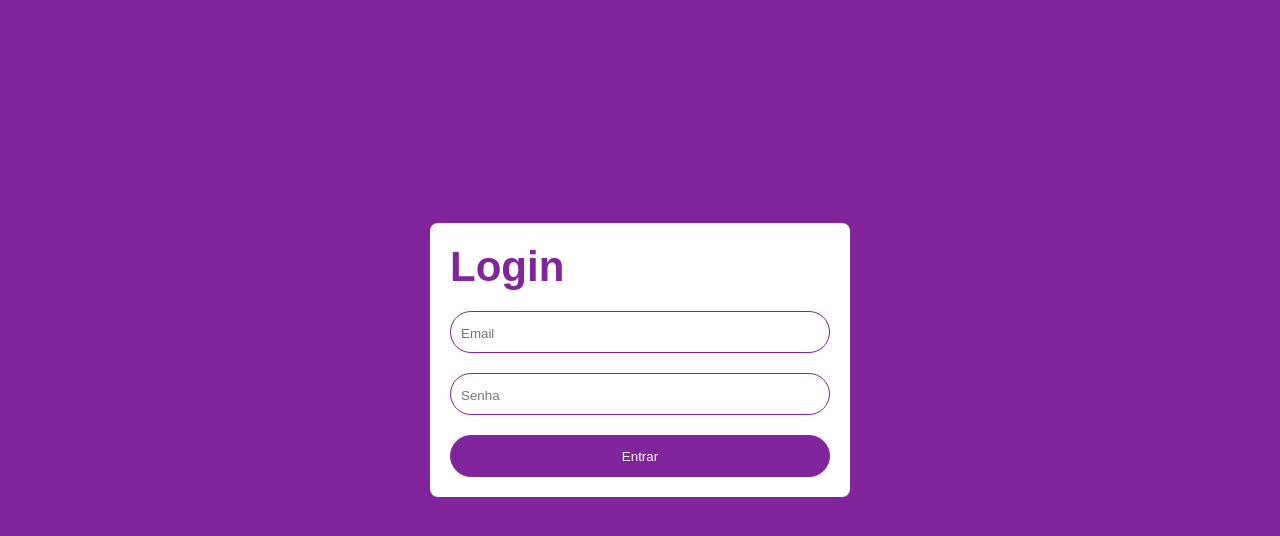
Repository: VictorRB-PB/validacao-com-hookform-e-yup
Page: /
An editor plug-in stored every save of this project. The page is shown before and after the next save, followed by the edit.
The browser window is 1280 px wide. The pictures show the whole page.
The project was rebuilt for these pictures with package versions that can differ from the ones it lists, and the page was loaded fresh each time.

Above is the page before, as saved 2024-01-11 11:12:33.

After the next save:
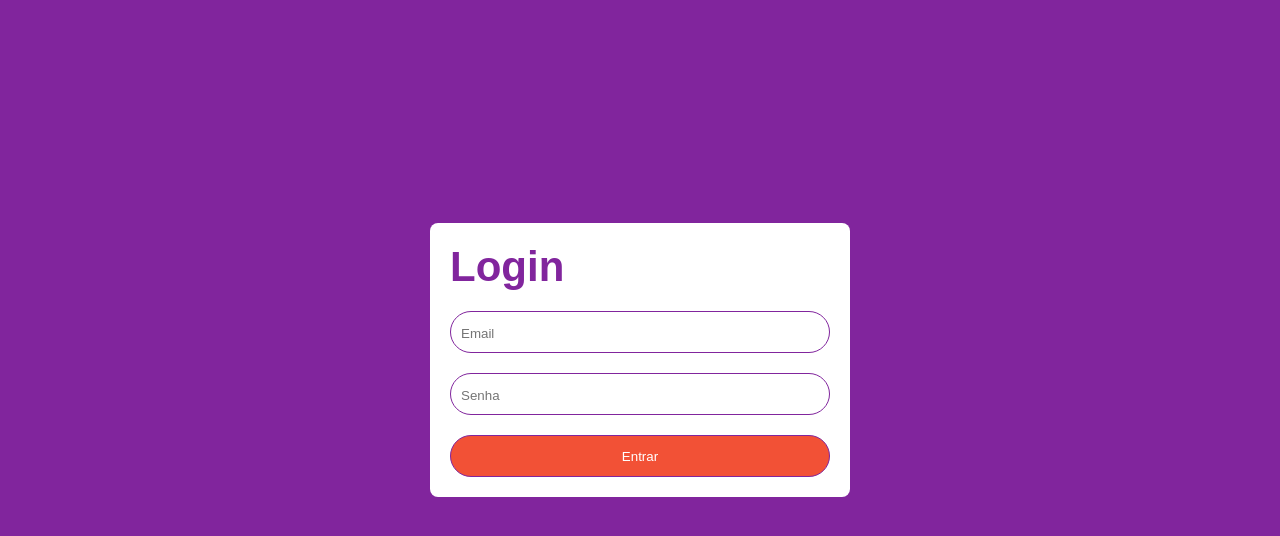
Saved 50 s later.
--- a/src/components/Button/styles.ts
+++ b/src/components/Button/styles.ts
@@ -11,7 +11,6 @@ export const ButtonContainer = styled.button`
     border-radius: 21px;
 
     &:disabled {
-        background: #F25136
         background-color: #F25136;
         cursor: default;
     }.invalid {
